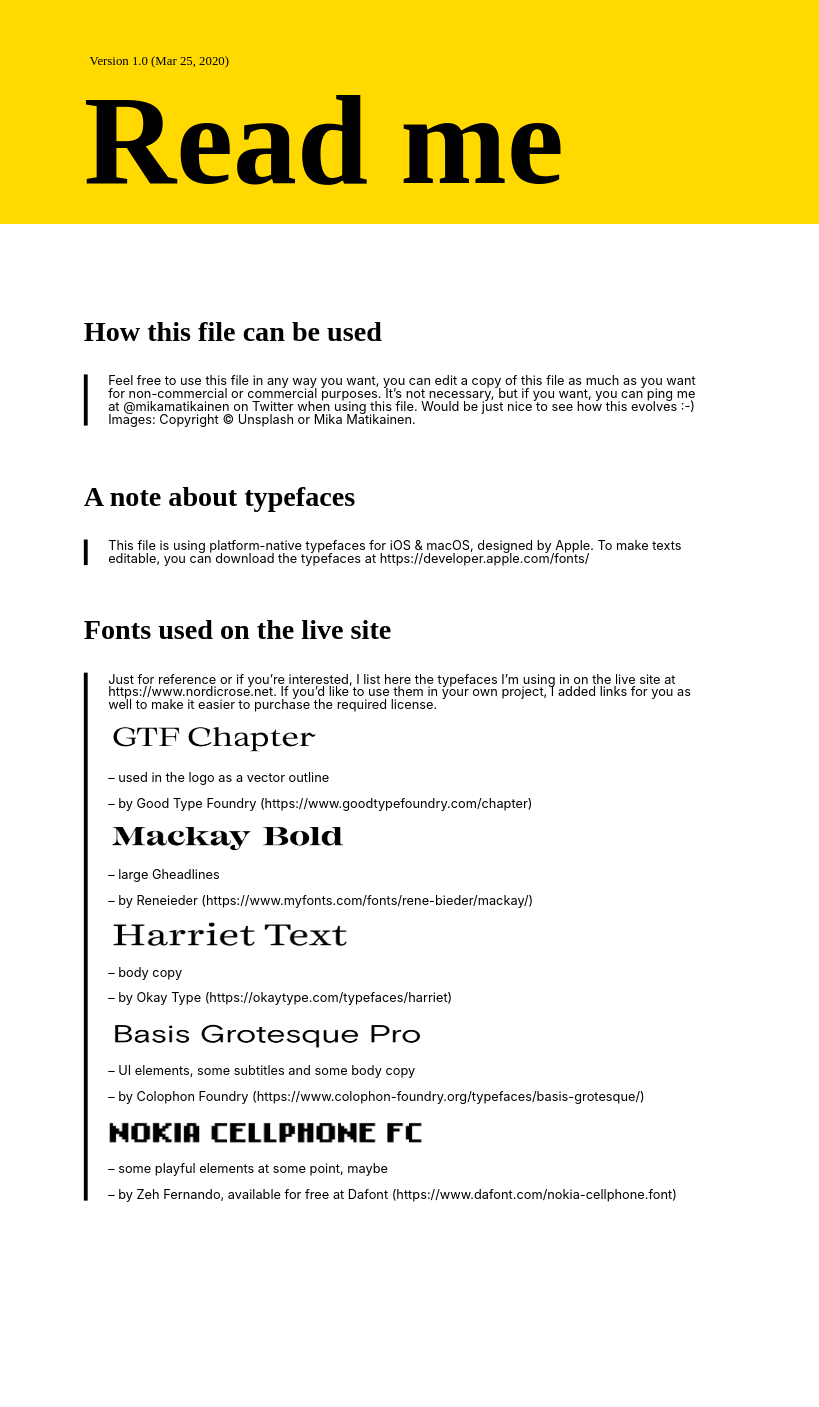
Repository: ThuTrang-jvb/JVB-BT1
Page: Page1/readme.html
An editor plug-in stored every save of this project. The page is shown before and after a run of saves, followed by the edit.
The browser window is 1280 px wide. The pictures show the whole page, at 64% of full size.

Above is the page before, as saved 2025-06-24 13:31:31.

After the next 2 saves:
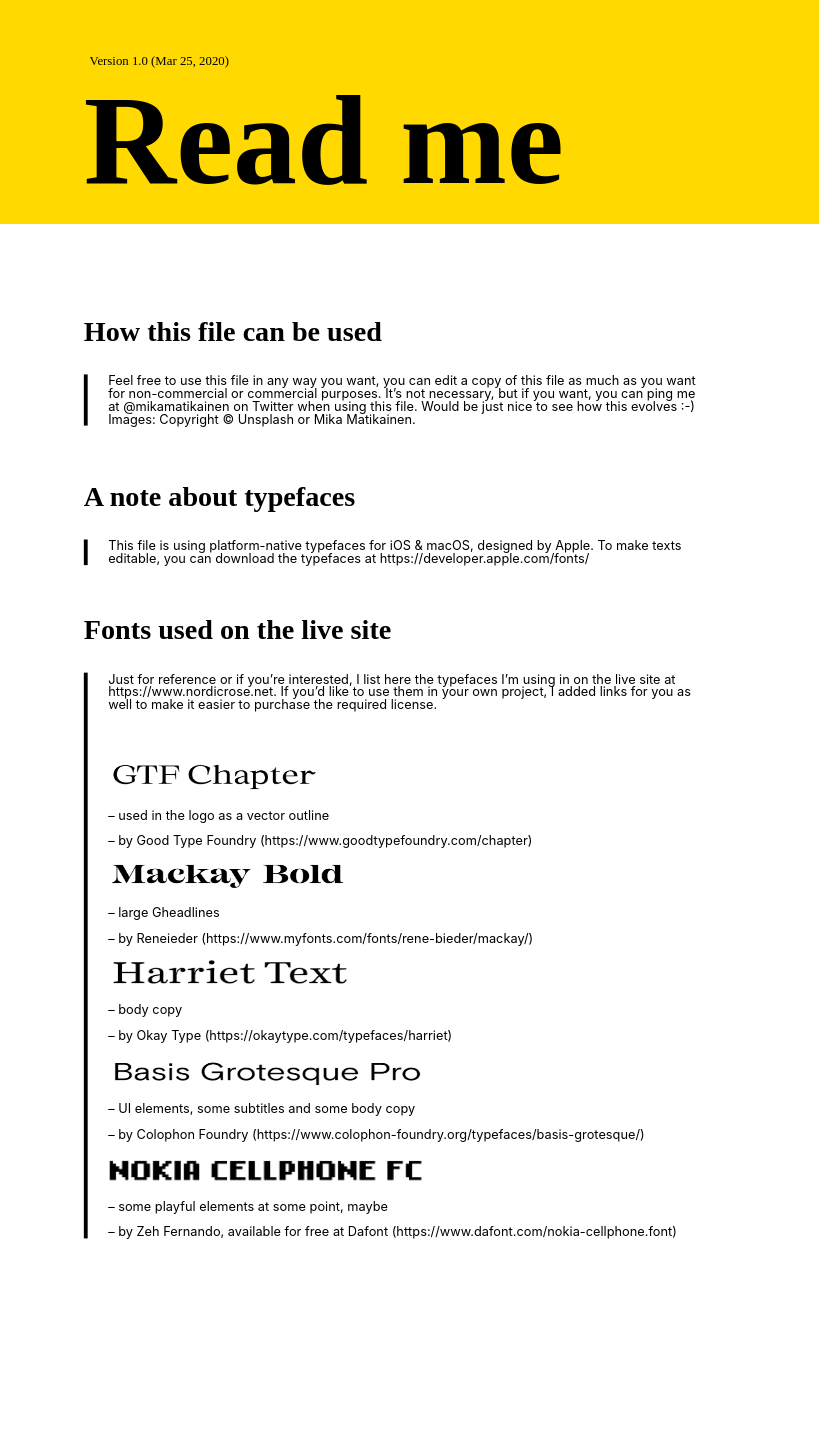
The 2 saves are shown as one change because they came seconds apart.
The last was saved 57 s later.
--- a/Page1/style.css
+++ b/Page1/style.css
@@ -70,7 +70,7 @@ img {
 .type1 {
     width: 333.8832702636719px;
     height: 50.220001220703125px;
-    margin-top: ;
+    margin-top: 58.8px;
 }
 .type2 {
     width: 382.34869384765625px;
